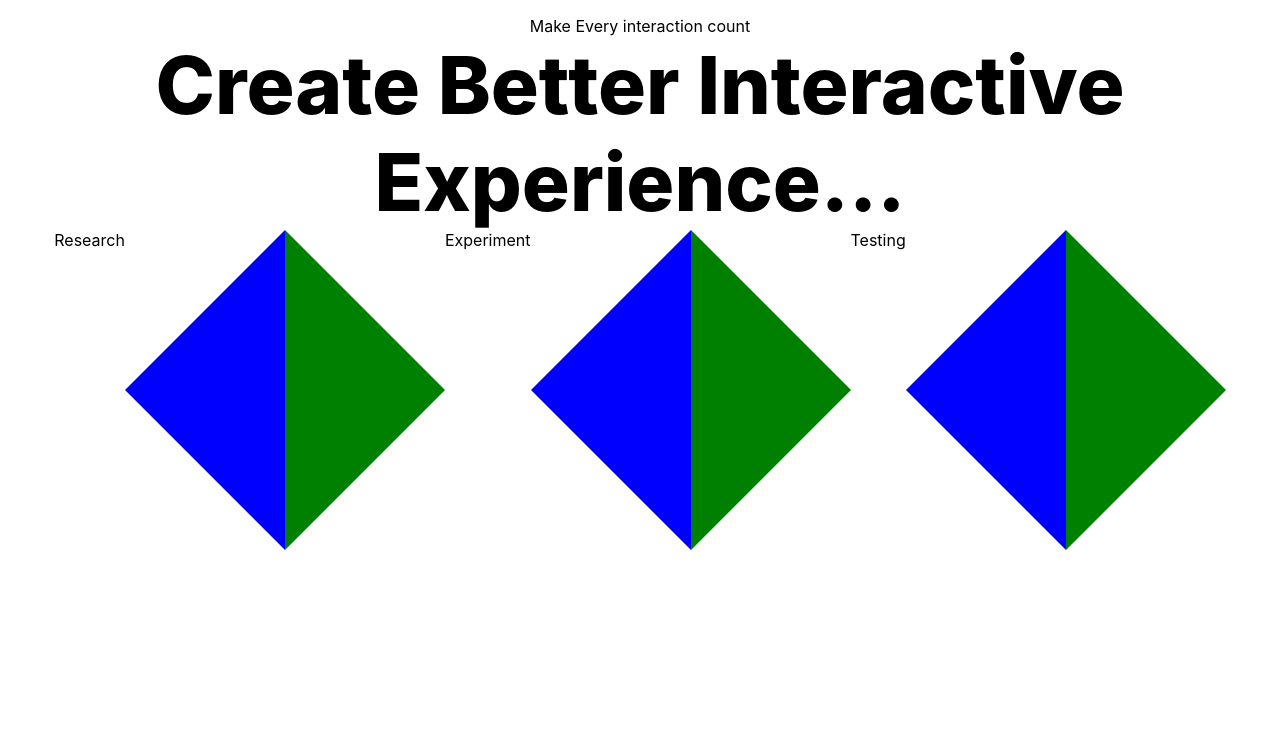
Repository: YingCG/interaction-design
Page: /
These files come from the project's save history. The page is drawn as it stood at one moment and after the next save; the edit follows.
The browser window is 1280 px wide. The pictures show the whole page.
The project was rebuilt for these pictures with package versions that can differ from the ones it lists, and the page was loaded fresh each time.

Above is the page before, as saved 2023-09-07 10:50:51.

### src/App.js
import logo from "./logo.svg";
import "./App.css";
import TripleDiamond from "./TripleDiamond";

function App() {
  return (
    <div className="App">
      Make Every interaction count
      <TripleDiamond />
    </div>
  );
}

export default App;

### src/App.css
.App {
  text-align: center;
  padding: 1em;
  height: 100vh;
}

.arrow-right {
  width: 0;
  height: 0;
  border-top: 10rem solid transparent;
  border-bottom: 10rem solid transparent;
  border-left: 10rem solid green;
}
.arrow-right:hover {
  border-left: 10rem solid #ffa1f5;
}

.arrow-left {
  width: 0;
  height: 0;
  border-top: 10rem solid transparent;
  border-bottom: 10rem solid transparent;
  border-right: 10rem solid blue;
}
.arrow-left:hover {
  border-right: 10rem solid #ffa1f5;
}

.container {
  display: flex;
  justify-content: center;
  align-items: center;
  width: 100%;
  flex-direction: column;
}

.text-content {
  /* padding: 3em; */
  font-size: 5em;
  font-weight: 800;
}

.triple-diamond {
  display: flex;
  width: 50%;
}

.container-triple {
  display: flex;
}

.text-above {
  flex-direction: column;
}

### src/TripleDiamond.jsx
import React, { useState } from "react";

function TripleDiamond() {
  const [info, setInfo] = useState("");

  function showInfo() {
    setInfo("new info");
  }
  // const showInfo = () => {

  // }

  return (
    <div className="container">
      <div className="text-content">
        Create Better Interactive Experience...
      </div>
      <div className="container-triple">
        <div className="triple-diamond">
          <div className="text-above">Research</div>
          <div className="arrow-left" onClick={showInfo}>
            {info}
          </div>
          <div className="arrow-right"></div>
        </div>

        <div className="triple-diamond">
          <div className="text-above">Experiment</div>
          <div className="arrow-left"></div>
          <div className="arrow-right"></div>
        </div>

        <div className="triple-diamond">
          <div className="text-above">Testing</div>
          <div className="arrow-left"></div>
          <div className="arrow-right"></div>
        </div>
      </div>
    </div>
  );
}

export default TripleDiamond;

Loaded but not shown: public/index.html (common file); src/index.js (common file); src/index.css (common file); src/reportWebVitals.js (common file)

After the next save:
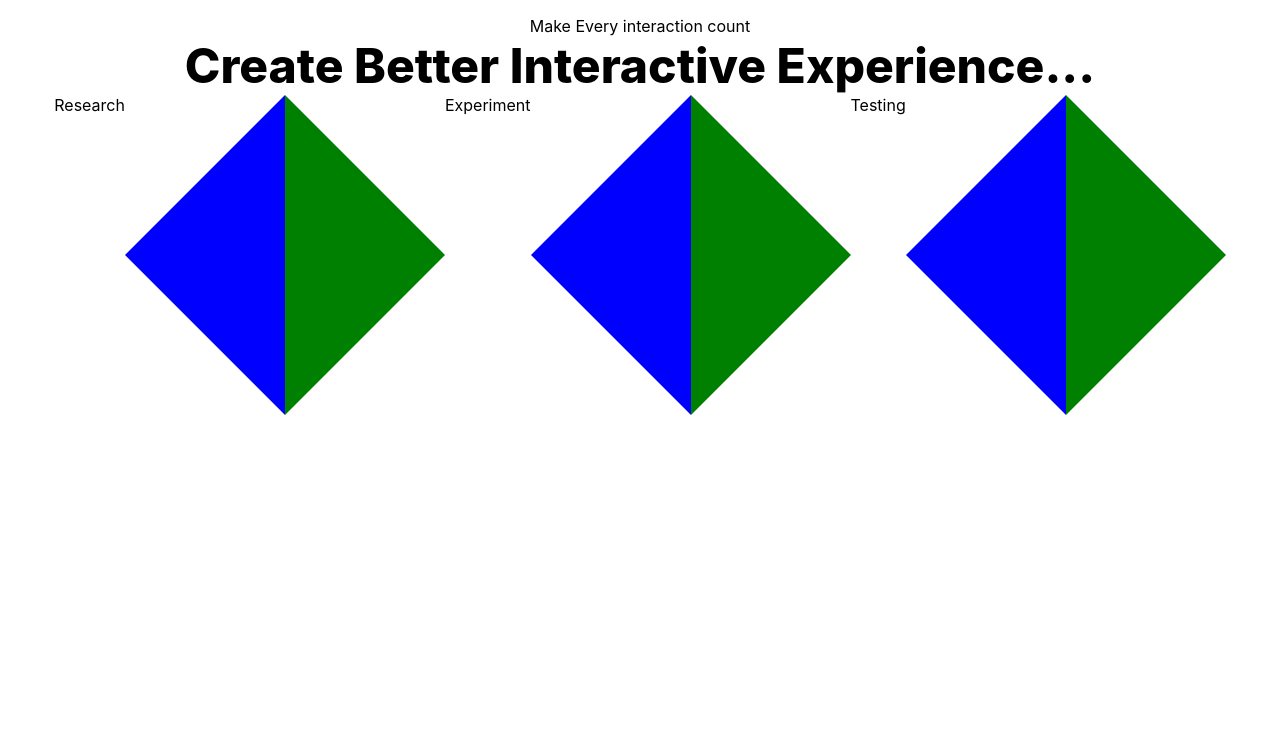
Saved 11 s later.
--- a/src/App.css
+++ b/src/App.css
@@ -36,7 +36,7 @@
 
 .text-content {
   /* padding: 3em; */
-  font-size: 5em;
+  font-size: 3em;
   font-weight: 800;
 }
 
